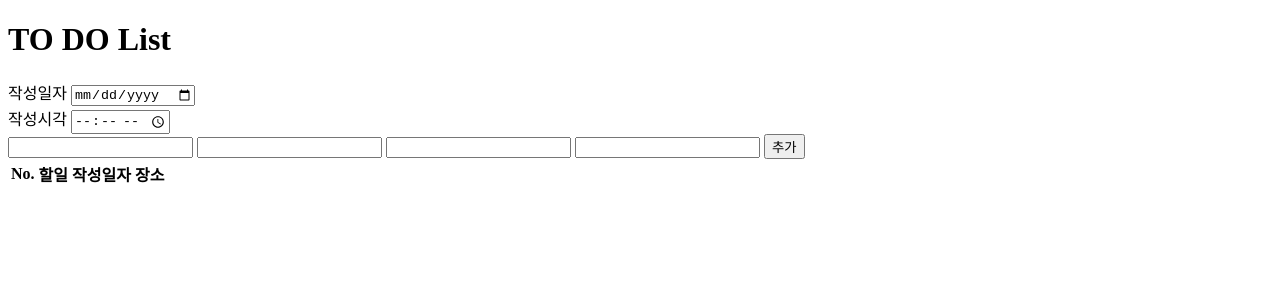
Repository: soyeon-noh/TodoList_Project
Page: http://localhost/Server_PR_TodoList/
An editor plug-in stored every save of this project. The page is shown before and after the next save, followed by the edit.
The browser window is 1280 px wide. The pictures show the whole page.
The page is served by Tomcat 9. Other server files are loaded and not shown. Queries for data that is not in the repository find no rows.

Above is the page before, as saved 2021-05-24 04:06:34.

### Server_PR_TodoList/src/main/webapp/WEB-INF/views/home.jsp
<%@ page language="java" contentType="text/html; charset=UTF-8"
    pageEncoding="UTF-8"%>
<%@ taglib uri="http://java.sun.com/jsp/jstl/core"
			prefix="c"%>
<c:set value="${pageContext.request.contextPath}"
		var="rootPath"/>
<!DOCTYPE html>
<html>
<head>
<meta charset="UTF-8">
<title>Insert title here</title>
</head>
  <body>
    <h1>TO DO List</h1>
    <form>
    	<div>
    		<label for="date">작성일자</label>
    		<input type="date"
    				name="td_date" value="${TD.td_date}">
    	</div>

    	<div>
    		<label for="time">작성시각</label>
    		<input type="time"
    				name="td_time" value="${TD.td_time}">
    	</div>

      <input name="date" />
      <input name="time" />
      <input name="todo" />
      <input name="place" />
    <button>추가</button>
    </form>
    <table id="tdlist">
      <tr>
        <th>No.</th>
        <th>할일</th>
        <th>작성일자</th>
        <th>장소</th>
      </tr>
      <c:forEach items="${TDLIST}" var="TD">
        <tr>
          <td>${TD.td_seq}"</td>
          <td>${TD.td_todo}"</td>
          <td>${TD.td_date}"</td>
          <td>${TD.td_place}"</td>
        </tr>
      </c:forEach>
    </table>
  </body>
</html>

### Server_PR_TodoList/src/main/java/com/callor/todo/controller/HomeController.java
package com.callor.todo.controller;

import java.io.IOException;
import java.text.SimpleDateFormat;
import java.util.Date;
import java.util.List;

import javax.servlet.ServletException;
import javax.servlet.annotation.WebServlet;
import javax.servlet.http.HttpServlet;
import javax.servlet.http.HttpServletRequest;
import javax.servlet.http.HttpServletResponse;

import com.callor.todo.model.TodoListVO;
import com.callor.todo.service.TodoService;
import com.callor.todo.service.impl.TodoServiceImplV1;

@WebServlet("/")
public class HomeController extends HttpServlet{

	protected TodoService tdService;
	public HomeController() {
		tdService = new TodoServiceImplV1();
	}
	@Override
	protected void doGet(HttpServletRequest req, HttpServletResponse resp) throws ServletException, IOException {

		List<TodoListVO> tdList = tdService.selectAll();
		req.setAttribute("TDLIST", tdList);
		RequestController.reqController(req, resp, "home");


		TodoListVO tdVO = new TodoListVO();

		// SimpleDateFormat : 날짜 및 시간을 형식화하고 구문 분석하는 메소드 제공
		SimpleDateFormat sd = new SimpleDateFormat("yyyy-MM-dd");
		SimpleDateFormat st = new SimpleDateFormat("HH:mm:ss");

		// 현재시간을 저장
		Date date = new Date(System.currentTimeMillis());

		// 현재 시간을 변환해 VO에 넣어준다
		tdVO.setTd_seq(0L);
		tdVO.setTd_date(sd.format(date));
		tdVO.setTd_time(st.format(date));


	}



}

### Server_PR_TodoList/src/main/java/com/callor/todo/service/impl/TodoServiceImplV1.java
package com.callor.todo.service.impl;

import java.sql.Connection;
import java.sql.PreparedStatement;
import java.sql.ResultSet;
import java.sql.SQLException;
import java.util.ArrayList;
import java.util.List;

import com.callor.todo.config.DbInfo;
import com.callor.todo.config.MySQLConnection;
import com.callor.todo.model.TodoListVO;
import com.callor.todo.service.TodoService;

public class TodoServiceImplV1 implements TodoService{

	// 먼저 db와 연결
	protected Connection dbConn;

	public TodoServiceImplV1() {
		dbConn = MySQLConnection.getDBConnection();
	}


	protected List<TodoListVO> select(PreparedStatement pStr) throws SQLException{
		// TODO DB로부터 데이터를 받아와 List에 저장
		List<TodoListVO> tdList = new ArrayList<TodoListVO>();

		ResultSet rSet = pStr.executeQuery();
		while(rSet.next()) {
			TodoListVO tdVO = new TodoListVO();
			tdVO.setTd_seq(rSet.getLong(DbInfo.td_seq));
			tdVO.setTd_date(rSet.getString(DbInfo.td_date));
			tdVO.setTd_time(rSet.getString(DbInfo.td_time));
			tdVO.setTd_todo(rSet.getString(DbInfo.td_todo));
			tdVO.setTd_place(rSet.getString(DbInfo.td_place));
		}

		// 데이터 확인
		System.out.println("select : " + tdList.toString());
		return tdList;
	}

	@Override
	public List<TodoListVO> selectAll() {
		// TODO List 전체 데이터 조회

		String sql = " SELECT * FROM tbl_todo_list ";
		sql += " ORDER BY td_date DESC, td_time DESC ";

		PreparedStatement pStr = null;

		try {
			pStr = dbConn.prepareStatement(sql);
			List<TodoListVO> tdList = this.select(pStr);
			pStr.close();

			System.out.println(tdList.toString());
			return tdList;
		} catch (SQLException e) {
			// TODO Auto-generated catch block
			e.printStackTrace();
		}
		return null;
	}

	@Override
	public TodoListVO findById(Long seq) {
		// TODO 일련번호로 조회
		return null;
	}

	@Override
	public List<TodoListVO> findByDate(String td_date) {
		// TODO 날짜로 조회
		String sql = " SELECT * FROM tbl_todo_list ";
		sql += " WHERE td_date = ? ";

		PreparedStatement pStr = null;




		return null;
	}

	@Override
	public List<TodoListVO> findByTodo(String td_todo) {
		// TODO 할일내용으로 조회
		return null;
	}

	@Override
	public List<TodoListVO> findByPlace(String td_place) {
		// TODO 장소로 조회
		return null;
	}

	@Override
	public Integer insert(TodoListVO tdVO) {
		// TODO 데이터 추가

		String sql = " INSERT INTO tbl_todo_list ";
		sql += " ( ";
		sql += " td_date ";
		sql += " td_time ";
		sql += " td_todo ";
		sql += " td_place) ";
		sql += " VALUES( ?,?,?,? ) ";

		// SQL 구문을 실행시키는 객체
		PreparedStatement pStr = null;

		try {
			pStr = dbConn.prepareStatement(sql);
			pStr.setString(1, tdVO.getTd_date());
			pStr.setString(2, tdVO.getTd_time());
			pStr.setString(3, tdVO.getTd_todo());
			pStr.setString(4, tdVO.getTd_place());
			return pStr.executeUpdate();

		} catch (SQLException e) {
			// TODO Auto-generated catch block
			e.printStackTrace();
		}
		return null;
	}

	@Override
	public Integer update(TodoListVO tdVO) {
		// TODO 데이터 업데이트
		String sql = " UPDATE tbl_todo_list SET ";
		sql += " td_date = ?, ";
		sql += " td_time = ?, ";
		sql += " td_todo = ?, ";
		sql += " td_place = ? ";

		sql += " WHERE td_seq = ? ";

		PreparedStatement pStr = null;

		try {
			pStr = dbConn.prepareStatement(sql);
			pStr.setString(1, tdVO.getTd_date());
			pStr.setString(2, tdVO.getTd_time());
			pStr.setString(3, tdVO.getTd_todo());
			pStr.setString(4, tdVO.getTd_place());

			pStr.setLong(5, tdVO.getTd_seq());
			return pStr.executeUpdate();

		} catch (SQLException e) {
			// TODO Auto-generated catch block
			e.printStackTrace();
		}

		return null;
	}

	@Override
	public Integer delete(Long seq) {
		// TODO 데이터 삭제

		String sql = " DELETE FROM tbl_todo_list ";
		sql += "WHERE td_seq = ?";

		PreparedStatement pStr = null;

		try {
			pStr = dbConn.prepareStatement(sql);
			pStr.setLong(1, seq);
			return pStr.executeUpdate();

		} catch (SQLException e) {
			// TODO Auto-generated catch block
			e.printStackTrace();
		}
		return null;
	}
}

### Server_PR_TodoList/src/main/java/com/callor/todo/config/MySQLConnection.java
package com.callor.todo.config;

import java.sql.Connection;
import java.sql.DriverManager;
import java.sql.SQLException;

public class MySQLConnection {

	private static Connection dbConn;

	static {

		String jdbcDriver = "com.mysql.cj.jdbc.Driver";
		String url = "jdbc:mysql://localhost:3306/todolist";
		String username = "tdUser";
		String password = "12345";

		try {
			Class.forName(jdbcDriver);
			if(dbConn == null) {
				dbConn = DriverManager.getConnection(url, username, password);
			}
			System.out.println("MySQL 접속 성공!!");
		} catch (ClassNotFoundException e) {
			System.out.println("MySQL Driver 를 찾을 수 없음");
		} catch (SQLException e) {
			System.out.println("MySQL DBMS 연결 실패");
		}
	}

	public static Connection getDBConnection() {
		return dbConn;
	}

}

### Server_PR_TodoList/src/main/java/com/callor/todo/controller/RequestController.java
package com.callor.todo.controller;

import java.io.IOException;

import javax.servlet.ServletException;
import javax.servlet.http.HttpServlet;
import javax.servlet.http.HttpServletRequest;
import javax.servlet.http.HttpServletResponse;

public class RequestController extends HttpServlet{

	public static void reqController (HttpServletRequest req,
			HttpServletResponse resp, String file) throws ServletException, IOException {

		String root = "/WEB-INF/views/" + file + ".jsp";

		req.getRequestDispatcher(root)
		.forward(req, resp);


	}

}

### Server_PR_TodoList/src/main/java/com/callor/todo/model/TodoListVO.java
package com.callor.todo.model;

import lombok.AllArgsConstructor;
import lombok.Getter;
import lombok.NoArgsConstructor;
import lombok.Setter;
import lombok.ToString;

@Getter
@Setter
@ToString
@NoArgsConstructor
@AllArgsConstructor
public class TodoListVO {

	private Long td_seq;	//BIGINT
    private String td_date;	//VARCHAR(20)
    private String td_time;	//VARCHAR(20)
	private String td_todo;	//VARCHAR(200)
    private String td_place;	//VARCHAR(125)
}

After the next save:
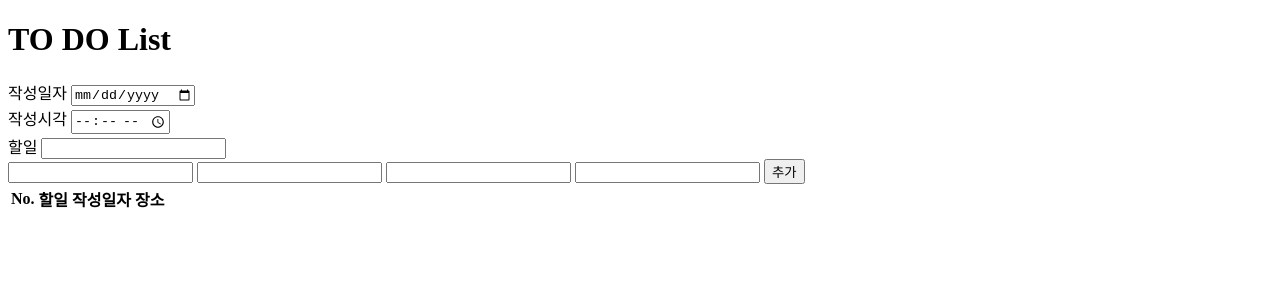
Saved 2 min 11 s later.
--- a/Server_PR_TodoList/src/main/webapp/WEB-INF/views/home.jsp
+++ b/Server_PR_TodoList/src/main/webapp/WEB-INF/views/home.jsp
@@ -15,14 +15,20 @@
     <form>
     	<div>
     		<label for="date">작성일자</label>
-    		<input type="date"
-    				name="td_date" value="${TD.td_date}">
+    		<input name="td_date"
+    				type="date" value="${TD.td_date}">
     	</div>
 
     	<div>
     		<label for="time">작성시각</label>
-    		<input type="time"
-    				name="td_time" value="${TD.td_time}">
+    		<input name="td_time"
+    				type="time" value="${TD.td_time}">
+    	</div>
+
+    	<div>
+    		<label for="todo">할일</label>
+    		<input name="td_todo"
+    				type="text" value="${TD.td_todo}">
     	</div>
 
       <input name="date" />
